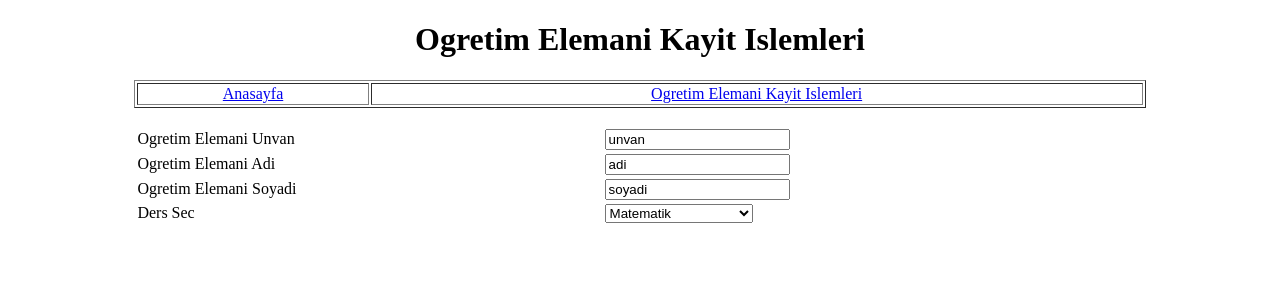
Repository: Egemen-ve-Burakhan-internet-final/final
Page: http://localhost/ogretim/ogretmen_kayit.jsp
An editor plug-in stored every save of this project. The page is shown before and after the next save, followed by the edit.
The browser window is 1280 px wide. The pictures show the whole page.
The page is served by Tomcat 9. Other server files are loaded and not shown.

Above is the page before, as saved 2020-05-25 14:28:27.

### okul/ogretim/WebContent/ogretmen_kayit.jsp
<%@ page language="java" contentType="text/html; charset=ISO-8859-1"
    pageEncoding="ISO-8859-1"%>
<!DOCTYPE html>
<html>
<head>
<meta charset="ISO-8859-1">
<title>Insert title here</title>
</head>
<body>
	<div>
		<div>
			<h1 style="text-align:center">Ogretim Elemani Kayit Islemleri</h1>
		</div>
		<div>
			<table border=1px; width="80%" align= center>
				<tr>
					<td style="text-align:center"><a href="index.jsp">Anasayfa               </a></td>
					<td style="text-align:center"><a href="ogretmen_kayit.jsp">Ogretim Elemani Kayit Islemleri</a></td>
				</tr>
			</table>
		</div><br>

		<div>
			<form>
				<table width="80%" align= center>
					<tr>
						<td><label>Ogretim Elemani Unvan</label></td>
						<td><input type="text" name="unvan" value="unvan"></td>
					</tr>

					<tr>
						<td><label>Ogretim Elemani Adi</label></td>
						<td><input type="text" name="adi" value="adi"></td>
					</tr>

					<tr>
						<td><label>Ogretim Elemani Soyadi</label></td>
						<td><input type="text" name="soyadi" value="soyadi"></td>
					</tr>

					<tr>
						<td><label>Ders Sec</label></td>
						<td>
							<select name="ders" id="ders">
							    <option value="matematik">Matematik</option>
							    <option value="turkce">Turkce</option>
							    <option value="ingilizce">Ingilizce</option>
							    <option value="tarih">Tarih</option>
							    <option value="felsefe">Felsefe</option>
							    <option value="biyoloji">Biyoloji</option>
							    <option value="fizik">Fizik</option>
							    <option value="kimya">Kimya</option>
							    <option value="internet_programciligi">Internet Programciligi</option>
							    <option value="muzik">Muzik</option>
							    <option value="beden_egitimi">Beden Egitimi</option>
							    <option value="din_kulturu">Din Kulturu</option>
			 			 	</select>
			 			</td>
					</tr>
				</table>
			</form>
		</div>


	</div>
</body>
</html>

After the next save:
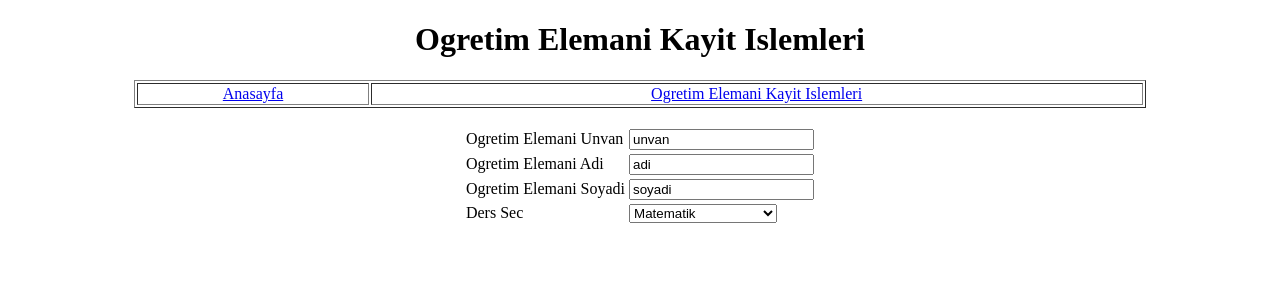
Saved 9 s later.
--- a/okul/ogretim/WebContent/ogretmen_kayit.jsp
+++ b/okul/ogretim/WebContent/ogretmen_kayit.jsp
@@ -22,7 +22,7 @@
 
 		<div>
 			<form>
-				<table width="80%" align= center>
+				<table align= center>
 					<tr>
 						<td><label>Ogretim Elemani Unvan</label></td>
 						<td><input type="text" name="unvan" value="unvan"></td>

After the save that followed:
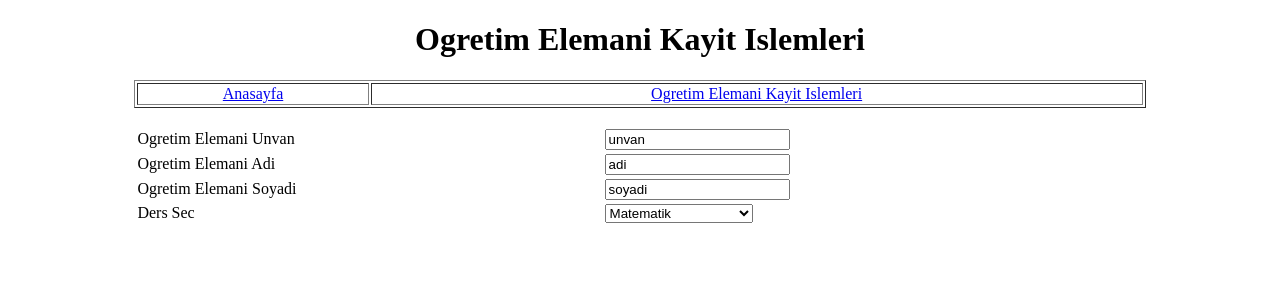
Saved 11 s later.
--- a/okul/ogretim/WebContent/ogretmen_kayit.jsp
+++ b/okul/ogretim/WebContent/ogretmen_kayit.jsp
@@ -22,7 +22,7 @@
 
 		<div>
 			<form>
-				<table align= center>
+				<table width="80%" align= center>
 					<tr>
 						<td><label>Ogretim Elemani Unvan</label></td>
 						<td><input type="text" name="unvan" value="unvan"></td>
